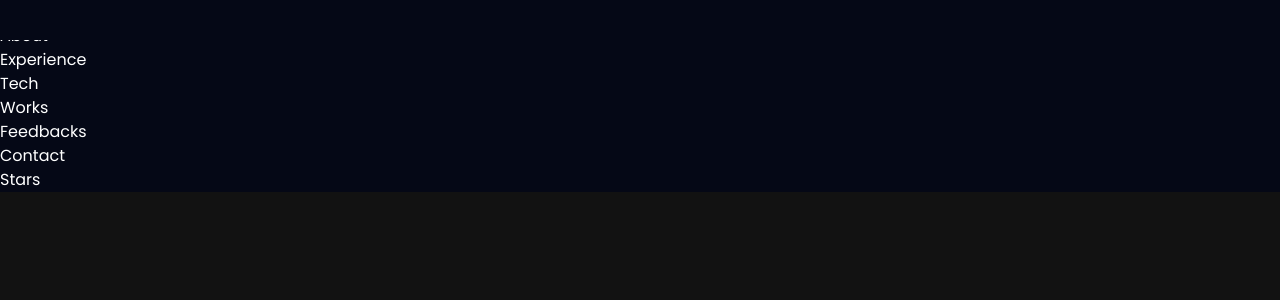
Repository: mosesvk/Portfolio_23
Page: /
An editor plug-in stored every save of this project. The page is shown before and after a run of saves, followed by the edit.
The browser window is 1280 px wide. The pictures show the whole page.
The project was rebuilt for these pictures with package versions that can differ from the ones it lists, and the page was loaded fresh each time. Also part of the build but not shown: next.config.js, vite.config.js, src/components/canvas/Earth.jsx, src/components/canvas/Ball.jsx, src/components/canvas/Computers.jsx.

Above is the page before, as saved 2023-04-24 15:22:05.

### src/App.jsx
import { BrowserRouter } from 'react-router-dom';

import {
  About,
  Contact,
  Experience,
  Feedbacks,
  Hero,
  Navbar,
  Tech,
  Works,
  StarsCanvas
} from './components';

const App = () => {
  return (
    <BrowserRouter>
      <div className='relative z-0 bg-primary'>
        <div className='bg-hero-pattern bg-cover bg-no-repeat bg-center'>
          <Navbar />
          <Hero />
        </div>
        <About />
        <Experience />
        <Tech />
        <Works />
        <Feedbacks />
        <div className='relative z-0'>
          <Contact />
          <StarsCanvas />
        </div>
      </div>
    </BrowserRouter>
  );
};

export default App;

### src/components/Navbar.jsx
import React, { useEffect, useState } from 'react';
import { Link } from 'react-router-dom';

import { styles } from '../styles';
import { navLinks } from '../contstants';
import { logo, menu, close } from '../assets';

const Navbar = () => {
  return (
    <nav
      className={`${styles.paddingX} w-full flex items-center py-5 fixed top-0 z-20 bg-primary`}
    >
      <div className='w-full flex justify-between items-center max-w-7xl mx-auto'>
        <Link to='/' className='flex items-center gap-2' onClick={() => {setActive(''); window.scrollTo(0, 0)}}/>
        </div>
    </nav>
  );
};

export default Navbar;

### src/contstants/index.js
import {
    mobile,
    backend,
    creator,
    web,
    javascript,
    typescript,
    html,
    css,
    reactjs,
    redux,
    tailwind,
    nodejs,
    mongodb,
    git,
    figma,
    docker,
    meta,
    starbucks,
    tesla,
    shopify,
    carrent,
    jobit,
    tripguide,
    threejs,
  } from "../assets";

  export const navLinks = [
    {
      id: "about",
      title: "About",
    },
    {
      id: "work",
      title: "Work",
    },
    {
      id: "contact",
      title: "Contact",
    },
  ];

  const services = [
    {
      title: "Web Developer",
      icon: web,
    },
    {
      title: "React Native Developer",
      icon: mobile,
    },
    {
      title: "Backend Developer",
      icon: backend,
    },
    {
      title: "Content Creator",
      icon: creator,
    },
  ];

  const technologies = [
    {
      name: "HTML 5",
      icon: html,
    },
    {
      name: "CSS 3",
      icon: css,
    },
    {
      name: "JavaScript",
      icon: javascript,
    },
    {
      name: "TypeScript",
      icon: typescript,
    },
    {
      name: "React JS",
      icon: reactjs,
    },
    {
      name: "Redux Toolkit",
      icon: redux,
    },
    {
      name: "Tailwind CSS",
      icon: tailwind,
    },
    {
      name: "Node JS",
      icon: nodejs,
    },
    {
      name: "MongoDB",
      icon: mongodb,
    },
    {
      name: "Three JS",
      icon: threejs,
    },
    {
      name: "git",
      icon: git,
    },
    {
      name: "figma",
      icon: figma,
    },
    {
      name: "docker",
      icon: docker,
    },
  ];

  const experiences = [
    {
      title: "React.js Developer",
      company_name: "Starbucks",
      icon: starbucks,
      iconBg: "#383E56",
      date: "March 2020 - April 2021",
      points: [
        "Developing and maintaining web applications using React.js and other related technologies.",
        "Collaborating with cross-functional teams including designers, product managers, and other developers to create high-quality products.",
        "Implementing responsive design and ensuring cross-browser compatibility.",
        "Participating in code reviews and providing constructive feedback to other developers.",
      ],
    },
    {
      title: "React Native Developer",
      company_name: "Tesla",
      icon: tesla,
      iconBg: "#E6DEDD",
      date: "Jan 2021 - Feb 2022",
      points: [
        "Developing and maintaining web applications using React.js and other related technologies.",
        "Collaborating with cross-functional teams including designers, product managers, and other developers to create high-quality products.",
        "Implementing responsive design and ensuring cross-browser compatibility.",
        "Participating in code reviews and providing constructive feedback to other developers.",
      ],
    },
    {
      title: "Web Developer",
      company_name: "Shopify",
      icon: shopify,
      iconBg: "#383E56",
      date: "Jan 2022 - Jan 2023",
      points: [
        "Developing and maintaining web applications using React.js and other related technologies.",
        "Collaborating with cross-functional teams including designers, product managers, and other developers to create high-quality products.",
        "Implementing responsive design and ensuring cross-browser compatibility.",
        "Participating in code reviews and providing constructive feedback to other developers.",
      ],
    },
    {
      title: "Full stack Developer",
      company_name: "Meta",
      icon: meta,
      iconBg: "#E6DEDD",
      date: "Jan 2023 - Present",
      points: [
        "Developing and maintaining web applications using React.js and other related technologies.",
        "Collaborating with cross-functional teams including designers, product managers, and other developers to create high-quality products.",
        "Implementing responsive design and ensuring cross-browser compatibility.",
        "Participating in code reviews and providing constructive feedback to other developers.",
      ],
    },
  ];

  const testimonials = [
    {
      testimonial:
        "I thought it was impossible to make a website as beautiful as our product, but Rick proved me wrong.",
      name: "Sara Lee",
      designation: "CFO",
      company: "Acme Co",
      image: "https://randomuser.me/api/portraits/women/4.jpg",
    },
    {
      testimonial:
        "I've never met a web developer who truly cares about their clients' success like Rick does.",
      name: "Chris Brown",
      designation: "COO",
      company: "DEF Corp",
      image: "https://randomuser.me/api/portraits/men/5.jpg",
    },
    {
      testimonial:
        "After Rick optimized our website, our traffic increased by 50%. We can't thank them enough!",
      name: "Lisa Wang",
      designation: "CTO",
      company: "456 Enterprises",
      image: "https://randomuser.me/api/portraits/women/6.jpg",
    },
  ];

  const projects = [
    {
      name: "Car Rent",
      description:
        "Web-based platform that allows users to search, book, and manage car rentals from various providers, providing a convenient and efficient solution for transportation needs.",
      tags: [
        {
          name: "react",
          color: "blue-text-gradient",
        },
        {
          name: "mongodb",
          color: "green-text-gradient",
        },
        {
          name: "tailwind",
          color: "pink-text-gradient",
        },
      ],
      image: carrent,
      source_code_link: "https://github.com/",
    },
    {
      name: "Job IT",
      description:
        "Web application that enables users to search for job openings, view estimated salary ranges for positions, and locate available jobs based on their current location.",
      tags: [
        {
          name: "react",
          color: "blue-text-gradient",
        },
        {
          name: "restapi",
          color: "green-text-gradient",
        },
        {
          name: "scss",
          color: "pink-text-gradient",
        },
      ],
      image: jobit,
      source_code_link: "https://github.com/",
    },
    {
      name: "Trip Guide",
      description:
        "A comprehensive travel booking platform that allows users to book flights, hotels, and rental cars, and offers curated recommendations for popular destinations.",
      tags: [
        {
          name: "nextjs",
          color: "blue-text-gradient",
        },
        {
          name: "supabase",
          color: "green-text-gradient",
        },
        {
          name: "css",
          color: "pink-text-gradient",
        },
      ],
      image: tripguide,
      source_code_link: "https://github.com/",
    },
  ];

  export { services, technologies, experiences, testimonials, projects };

### src/assets/index.js
import logo from "./logo.svg";
import backend from "./backend.png";
import creator from "./creator.png";
import mobile from "./mobile.png";
import web from "./web.png";
import github from "./github.png";
import menu from "./menu.svg";
import close from "./close.svg";

import css from "./tech/css.png";
import docker from "./tech/docker.png";
import figma from "./tech/figma.png";
import git from "./tech/git.png";
import html from "./tech/html.png";
import javascript from "./tech/javascript.png";
import mongodb from "./tech/mongodb.png";
import nodejs from "./tech/nodejs.png";
import reactjs from "./tech/reactjs.png";
import redux from "./tech/redux.png";
import tailwind from "./tech/tailwind.png";
import typescript from "./tech/typescript.png";
import threejs from "./tech/threejs.svg";

import meta from "./company/meta.png";
import shopify from "./company/shopify.png";
import starbucks from "./company/starbucks.png";
import tesla from "./company/tesla.png";

import carrent from "./carrent.png";
import jobit from "./jobit.png";
import tripguide from "./tripguide.png";

export {
  logo,
  backend,
  creator,
  mobile,
  web,
  github,
  menu,
  close,
  css,
  docker,
  figma,
  git,
  html,
  javascript,
  mongodb,
  nodejs,
  reactjs,
  redux,
  tailwind,
  typescript,
  threejs,
  meta,
  shopify,
  starbucks,
  tesla,
  carrent,
  jobit,
  tripguide,
};

Loaded but not shown: index.html (common file); src/main.jsx (common file); src/index.css (common file); src/components/index.js (common file); src/components/canvas/index.js (common file); src/components/Hero.jsx (common file); src/components/About.jsx (common file); src/components/Tech.jsx (common file); src/components/Experience.jsx (common file); src/components/Works.jsx (common file); src/components/Feedbacks.jsx (common file); src/components/Contact.jsx (common file); src/components/canvas/Stars.jsx (common file); src/styles.js (common file); tailwind.config.js (common file)

After the next 2 saves:
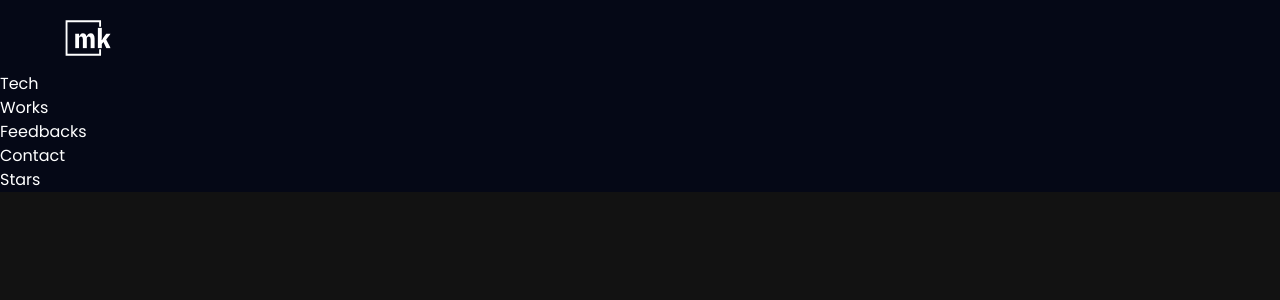
The 2 saves are shown as one change because 1 did not build or start.
The last was saved 99 s later.
--- a/src/components/Navbar.jsx
+++ b/src/components/Navbar.jsx
@@ -11,8 +11,17 @@
       className={`${styles.paddingX} w-full flex items-center py-5 fixed top-0 z-20 bg-primary`}
     >
       <div className='w-full flex justify-between items-center max-w-7xl mx-auto'>
-        <Link to='/' className='flex items-center gap-2' onClick={() => {setActive(''); window.scrollTo(0, 0)}}/>
-        </div>
+        <Link
+          to='/'
+          className='flex items-center gap-2'
+          onClick={() => {
+            setActive('');
+            window.scrollTo(0, 0);
+          }}
+        >
+          <img src={logo} alt='logo' className='h-9 object-contain'></img>
+        </Link>
+      </div>
     </nav>
   );
 };
